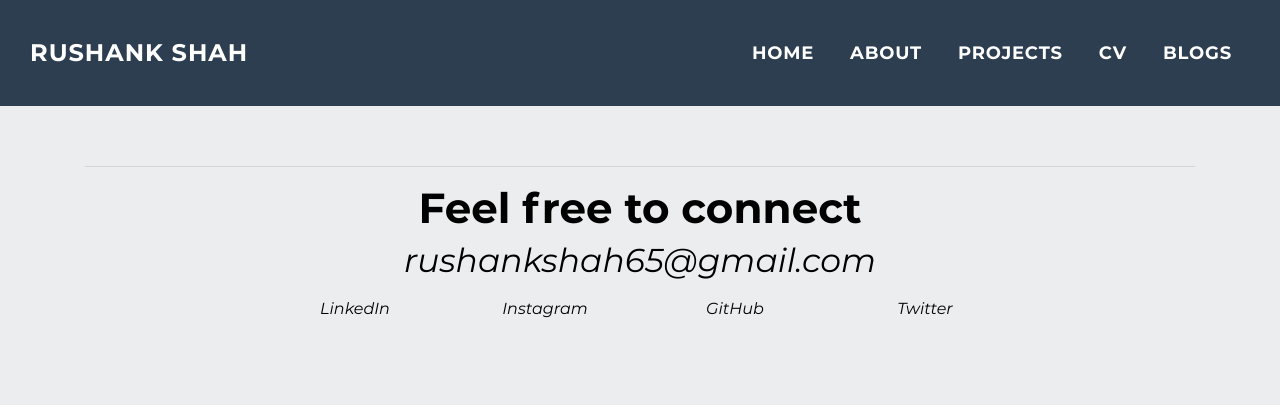
Repository: rushankshah/rushank-shah
Page: /blogs
The author's editor kept a copy of each file at every save. The page is drawn from the files as they stood at one save, then again after the next save.
The browser window is 1280 px wide. The pictures show the whole page.
The project was rebuilt for these pictures with package versions that can differ from the ones it lists, and the page was loaded fresh each time. The framework's server and built-in components were replaced by stand-ins that run in the browser. Also part of the build but not shown: next.config.js.

Above is the page before, as saved 2020-12-03 02:23:14.

After the next save:
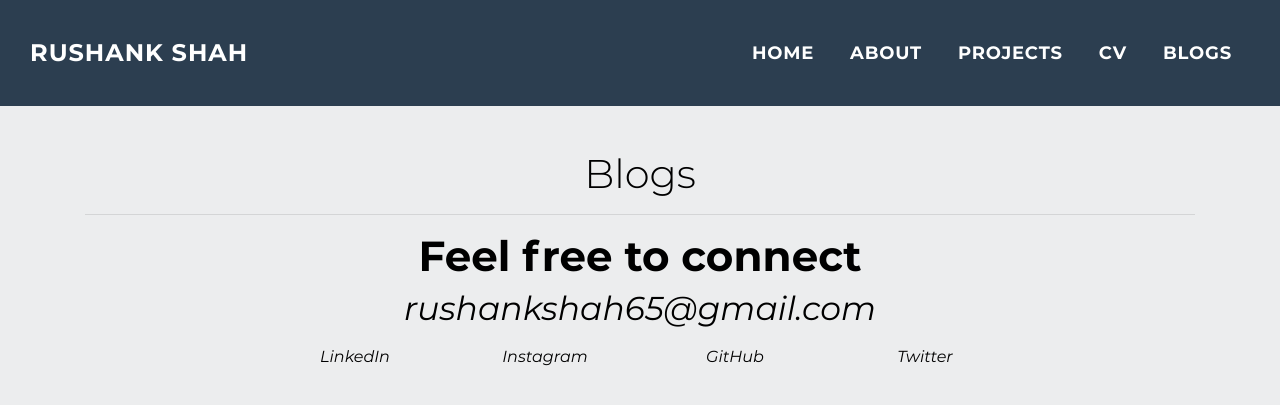
Saved 49 s later.
--- a/pages/blogs.js
+++ b/pages/blogs.js
@@ -6,6 +6,7 @@
     return (
         <BaseLayout>
             <BasePage className='about-page'>
+                <h1 style={{ textAlign: 'center', color: 'black' }}>Blogs</h1>
                 <hr></hr>
             </BasePage>
         </BaseLayout>
